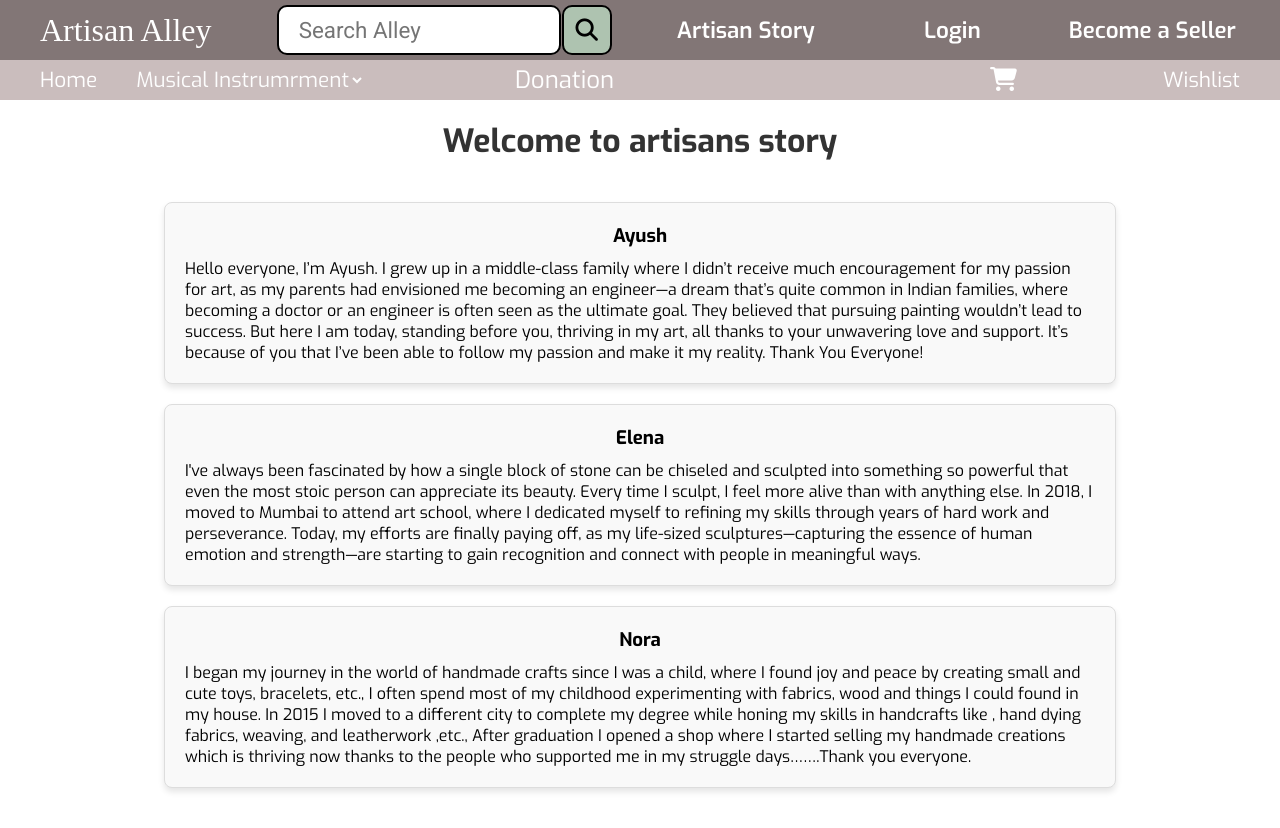
Repository: RingkhangBTY/Bytehacks_Hackathon_Project
Page: artisan-story.html
The author's editor kept a copy of each file at every save. The page is drawn from the files as they stood at one save, then again after a run of saves.
The browser window is 1280 px wide. The pictures show the whole page.
Some web fonts or font styles are not loaded; a fallback is used.

Above is the page before, as saved 2024-11-27 10:00:47.

### artisan-story.html
<!DOCTYPE html>
<html lang="en">
<head>
    <meta charset="UTF-8">
    <meta name="viewport" content="width=device-width, initial-scale=1.0">
    <title>Document</title>
    <link
      rel="stylesheet"
      href="https://cdnjs.cloudflare.com/ajax/libs/font-awesome/6.7.1/css/all.min.css"
      integrity="sha512-5Hs3dF2AEPkpNAR7UiOHba+lRSJNeM2ECkwxUIxC1Q/FLycGTbNapWXB4tP889k5T5Ju8fs4b1P5z/iB4nMfSQ=="
      crossorigin="anonymous"
      referrerpolicy="no-referrer"
    />
    <link rel="stylesheet" href="style.css">
    <link rel="stylesheet" href="story-style.css">
</head>
<header>
    <div class="split-div">
        <div class="half half-top">
          <a href="index.html" class="logo">Artisan Alley</a>

          <div class="searchdiv">
            <input
              type="text"
              placeholder="Search Alley"
              class="searchbar"
              id=""
            />

            <div class="search-icon">
              <button class="alley-search">
                <i class="fa-solid fa-magnifying-glass"></i>
              </button>
            </div>
          </div>

          <div class="artisan-story">
            <a href="artisan-story.html" class="story" id="">Artisan Story</a>
          </div>

          <div class="login-and-seller">
            <a href="login/login.html" class="account-login login" id="">Login</a>
            <a href="" class="seller-login login" id="">Become a Seller</a>
          </div>
        </div>

        <div class="half half-bottom">
          <div class="home-and-categories nav2">
            <a href="index.html" class="home">Home</a>

            <label for="categories"></label>
            <select id="categories" class="categories">
              <option value="" disabled selected>Categories</option>
              <option value="" selected>Painting</option>
              <option value="" selected>Sculpture</option>
              <option value="" selected>Drawing</option>
              <option value="" selected>Handcraft</option>
              <option value="" selected>Musical Instrumrment</option>
            </select>
          </div>

          <div class="donation-container nav2">
            <a class="donation" href="donation/index.html">Donation</a>
          </div>

          <div class="cart-wishlist nav2">
            <a href="index.html" class="cart" id=""
              ><i class="fa-solid fa-cart-shopping"></i
            ></a>

            <button class="wishlist" id="">Wishlist</button>
          </div>
        </div>
      </div>
</header>
<body>
    <main class="artisans-page">
        <h1 class="hed1">Welcome to artisans story</h1>
        <div class="story-container">
            <div class="artisan-box">
                <h3>Ayush</h3>
                <p>Hello everyone, I’m Ayush. I grew up in a middle-class family where I didn’t receive much encouragement for my passion for art, as my parents had envisioned me becoming an engineer—a dream that’s quite common in Indian families, where becoming a doctor or an engineer is often seen as the ultimate goal. They believed that pursuing painting wouldn’t lead to success. But here I am today, standing before you, thriving in my art, all thanks to your unwavering love and support. It’s because of you that I’ve been able to follow my passion and make it my reality.
                Thank You Everyone!</p>
            </div>
            <div class="artisan-box">
                <h3>Elena</h3>
                <p>I've always been fascinated by how a single block of stone can be chiseled and sculpted into something so powerful that even the most stoic person can appreciate its beauty. Every time I sculpt, I feel more alive than with anything else. In 2018, I moved to Mumbai to attend art school, where I dedicated myself to refining my skills through years of hard work and perseverance. Today, my efforts are finally paying off, as my life-sized sculptures—capturing the essence of human emotion and strength—are starting to gain recognition and connect with people in meaningful ways.</p>
            </div>
            <div class="artisan-box">
                <h3>Nora</h3>
                <p>I began my journey in the world of handmade crafts since I was a child, where I found joy and peace by creating small and cute toys, bracelets, etc., I often spend most of my childhood experimenting with fabrics, wood and things I could found in my house. In 2015 I moved to a different city to complete my degree while honing my skills in handcrafts like , hand dying fabrics, weaving, and leatherwork ,etc., After graduation I opened a shop where I started selling my handmade creations which is thriving now thanks to the people who supported me in my struggle days…….Thank you everyone.</p>
            </div>
        </div>
    </main>
</body>
</html>

### style.css
@import url("https://fonts.googleapis.com/css2?family=Roboto:ital,wght@0,100;0,300;0,400;0,500;0,700;0,900;1,100;1,300;1,400;1,500;1,700;1,900&display=swap");
@import url("https://fonts.googleapis.com/css2?family=Edu+AU+VIC+WA+NT+Pre:wght@400..700&display=swap");
@import url("https://fonts.googleapis.com/css2?family=Exo:ital,wght@0,100..900;1,100..900&display=swap");

* {
  margin: 0;
  padding: 0;
  box-sizing: border-box;
  font-family: Exo;
}

body {
  header {
    .split-div {
      width: 100%;
      height: 30%;

      .half {
        width: 100%;
      }

      .half-top {
        background-color: #827676;
        height: 70%;
        display: flex;
        justify-content: space-between;
        align-items: center;

        .logo {
          text-decoration: none;
          color: white;
          font-size: 2rem;
          font-family: Edu AU VIC WA NT Pre, cursive;
          font-weight: 500;
          margin-left: 40px;
        }

        .searchdiv {
          display: flex;

          .searchbar {
            height: 50px;
            width: 100%;
            border: black 2px solid;
            outline: none;
            border-radius: 10px;
            padding-left: 20px;
            font-size: 1.4rem;
            font-family: Roboto;
          }

          .alley-search {
            display: flex;
            justify-content: center;
            align-items: center;
            width: 50px;
            height: 50px;
            background-color: #aec3b0;
            border: 2px black solid;
            margin-left: 1px;
            border-radius: 10px;
            cursor: pointer;

            i {
              color: black;
              font-size: 1.4rem;
            }
          }
        }

        .artisan-story .story{
          color: white;
          font-size: 1.4rem;
          text-decoration: none;
          font-family: Exo;
          font-weight: 600;
        }

        .login-and-seller {
          height: 60px;
          width: 400px;
          display: flex;
          justify-content: space-around;
          align-items: center;
        }

        .login-and-seller .login {
          color: white;
          font-size: 1.4rem;
          text-decoration: none;
          font-family: Exo;
          font-weight: 600;
        }
      }

      .half-bottom {
        background-color: #cabdbd;
        height: 30%;
        display: flex;
        justify-content: space-between;
        align-items: center;

        .nav2 {
          height: 40px;
          width: 250px;
          display: flex;
          justify-content: space-between;
          align-items: center;
          margin-left: 40px;
          margin-right: 40px;

          .home {
            text-decoration: none;
            color: white;
            margin-right: 10%;
            font-size: 1.3rem;
          }

          .categories {
            height: 100%;
            padding-left: 10px;
            text-align: center;
            border: none;
            background: transparent;
            border-radius: 5px;
            outline: none;
            font-size: 1.3rem;
            color: #fdfdfd;
            cursor: pointer;
          }
          .categories option[selected]{
            margin-left: 20px;
            background-color: #e6f7ff;
            color: #2a2828;
          }

          .donation{
            display: block;
            text-decoration: none;
            font-size: 1.5rem;
            color: white;
          }

          .cart {
            text-decoration: none;
            font-size: 1.5rem;
            color: white;
          }

          .wishlist {
            height: 100%;
            border-radius: 5px;
            background: transparent;
            border: none;
            outline: none;
            font-size: 1.3rem;
            color: white;
          }
        }
      }
    }
  }
}

.products{
  display: flex;
  gap: 10px;
  margin: 10px;
}

.left-container,.middle-container,.right-container{
  display: flex;
  border-radius: 5px;
  padding: 5px;
  padding-top: 10px;
  width: auto;
}
.left-container{
  padding-left: 20%;
}
.right-container{
  padding-right: 20%;
}
.grid-layout{
  display: grid;
  grid-template-rows: auto ;
  gap: 10px;
}
.grid-item{
  background-color: antiquewhite;
  border: 1px solid #ccc;
  width: 100%;
  border-radius: 5px;
  text-align: center;
  padding: 10px;
  padding-bottom: 10px;
}
.grid-item img{
  width: 100%;
  height: auto;
  border-radius: 5px;
}
.grid-item p{
  font-size: large;
  font-family: Cambria, Cochin, Georgia, Times, 'Times New Roman', serif;
}

footer{
  background-color: #827676;
    color: #fff;
    padding: 20px 40px;
    text-align: center;
}

.footer-container{
  display: flex;
  justify-content: space-between;
  flex-wrap: wrap;
    gap: 40px;
    max-width: 1200px;
    margin: 0 auto;
    padding-left: 20%;
    padding-right: 20%;
}

.imfo-container{
  display: flex;
    flex-direction: column;
    align-items: center;
    gap: 10px;
}

.imfo-container h6{
  display: flex;
  flex-direction: column;
  font-size: 1rem;
  line-height: 1.6rem;
  display: flex;
  flex-direction: column;
  align-items: center;
  color: #ddd;
  margin: 10px auto;
}
.imfo-container  p, .imfo-container a{
  font-size: 1rem;
  line-height: 1.6rem;
  color: #ddd;
  text-decoration: none;
  display: block;
}

### story-style.css
.artisans-page{
    padding: 20px;
    text-align: center;
}

.artisans-page h1{
    margin-bottom: 20px;
    font-size: 2.5 rem;
    color: #333;
    text-align: center;
}

.story-container{
    display: grid;
    grid-template-columns: repeat(auto-fit, minmax(200px, 1fe));
    gap: 20px;
    justify-items: center;
    padding: 20px;
    margin-left: 10%;
    margin-right: 10%;
}

.artisan-box {
    background-color: #f9f9f9;
    border: 1px solid #ddd;
    border-radius: 8px;
    padding: 20px;
    text-align: left;
    box-shadow: 0 4px 6px rgba(0, 0, 0, 0.1);
    transition: transform 0.3s ease, box-shadow 0.3s ease;
}
.artisan-box:hover {
    transform: translateY(-5px);
    box-shadow: 0 6px 10px rgba(0, 0, 0, 0.2);
}

.artisan-box h3{
    text-align: center;
    margin-bottom: 10px;
}

After the next 2 saves:
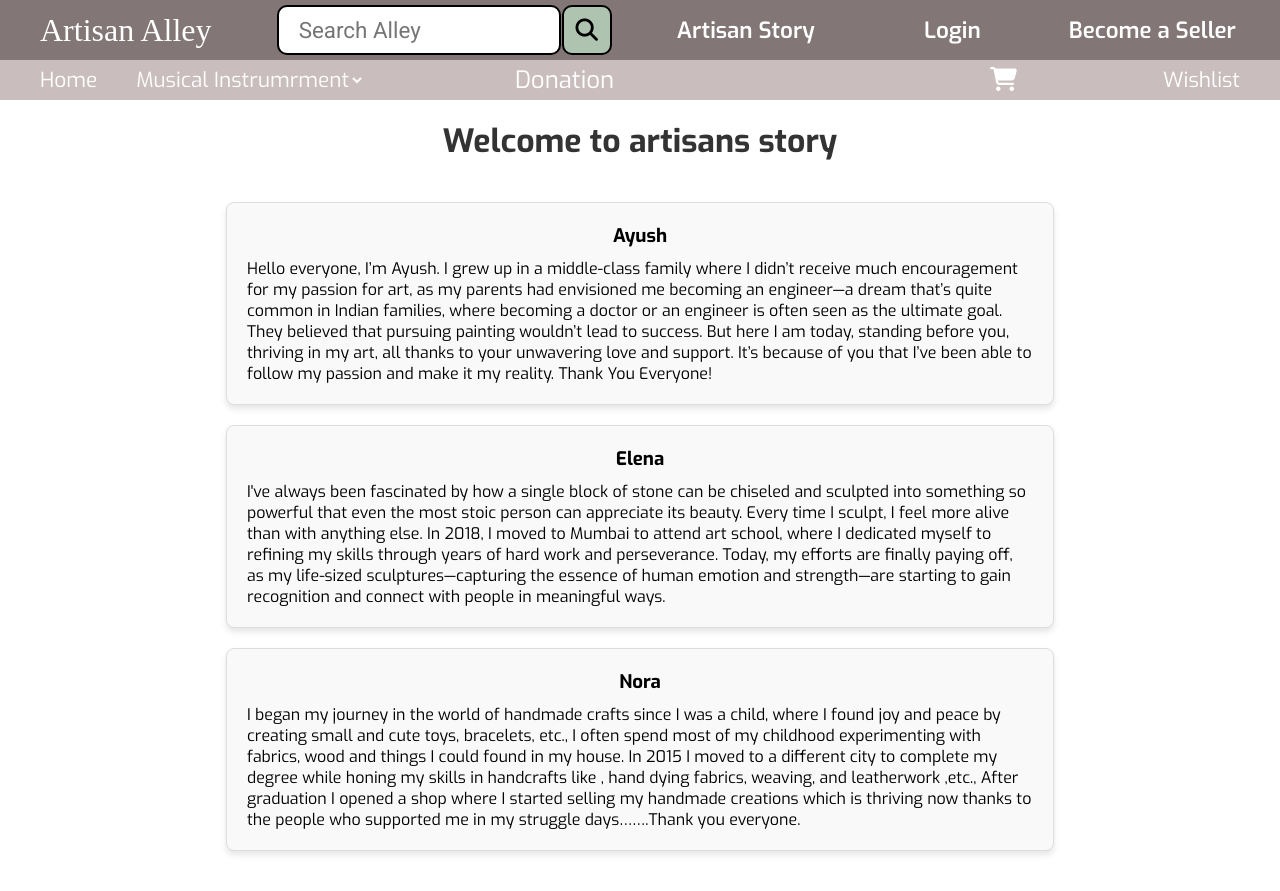
The 2 saves are shown as one change because they came seconds apart.
The last was saved 63 s later.
--- a/story-style.css
+++ b/story-style.css
@@ -16,8 +16,8 @@
     gap: 20px;
     justify-items: center;
     padding: 20px;
-    margin-left: 10%;
-    margin-right: 10%;
+    margin-left: 15%;
+    margin-right: 15%;
 }
 
 .artisan-box {
